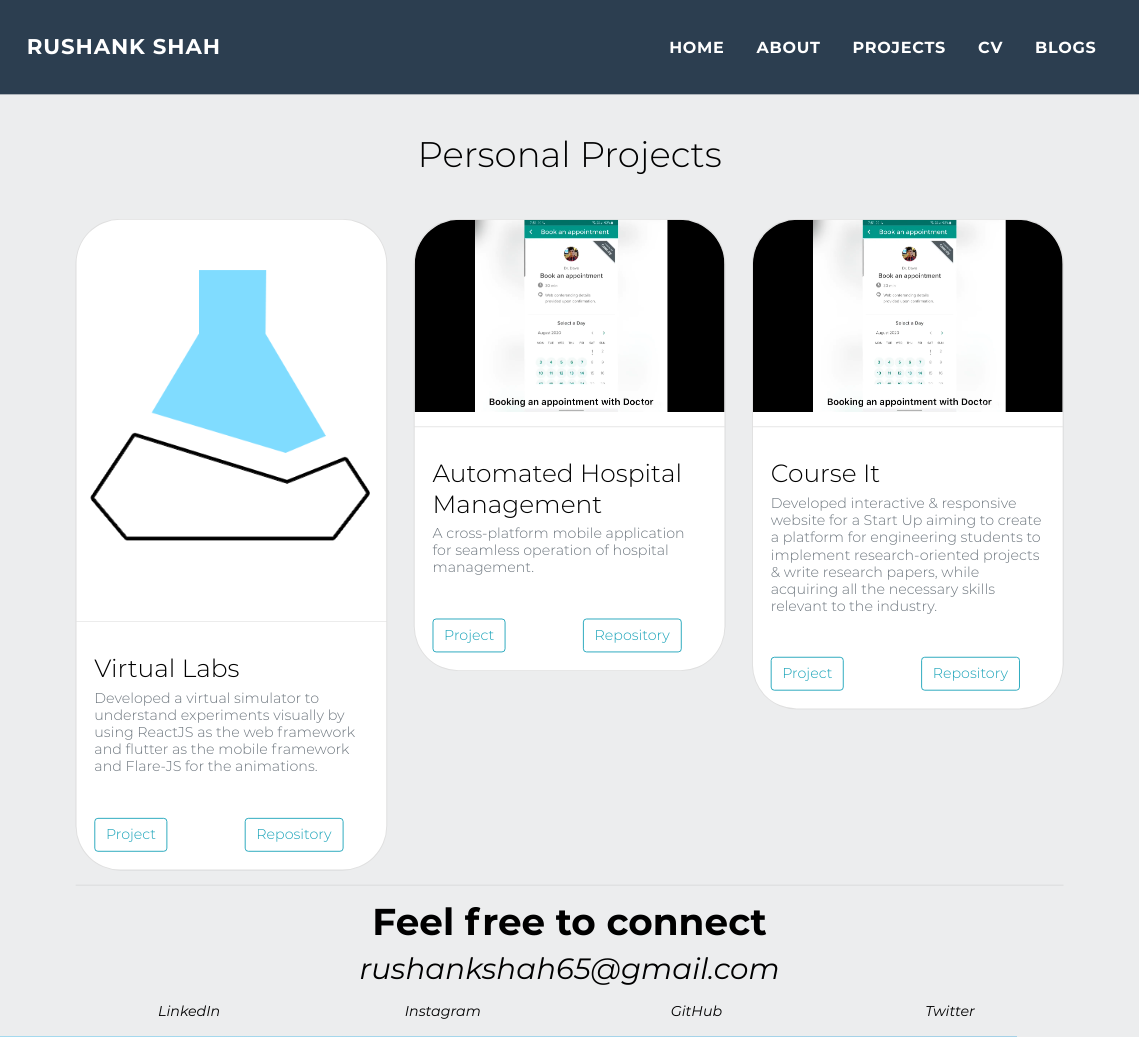
Repository: rushankshah/rushank-shah
Page: /projects
The author's editor kept a copy of each file at every save. The page is drawn from the files as they stood at one save, then again after the next save.
The browser window is 1280 px wide. The pictures show the whole page, at 89% of full size.
The project was rebuilt for these pictures with package versions that can differ from the ones it lists, and the page was loaded fresh each time. The framework's server and built-in components were replaced by stand-ins that run in the browser. Also part of the build but not shown: next.config.js.

Above is the page before, as saved 2020-12-03 01:16:58.

After the next save:
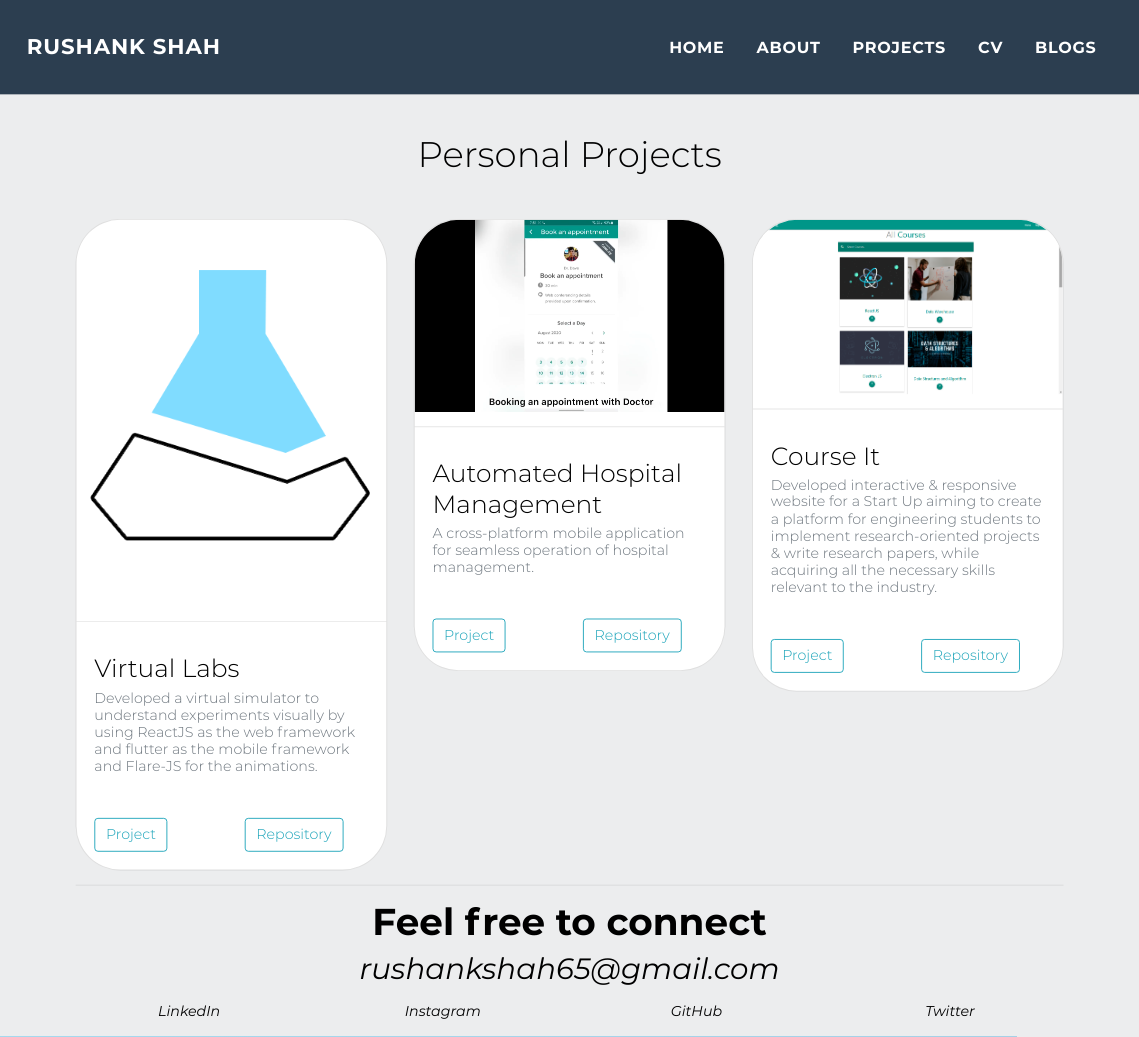
Saved 36 s later.
--- a/pages/projects.js
+++ b/pages/projects.js
@@ -51,7 +51,7 @@
                     </Col>
                     <Col md='4'>
                         <Card className='intro custom-card'>
-                            <CardImg top src="/static/images/healthcare.png" style={{borderRadius: '50px 50px 0px 0px'}} alt="Card image cap"></CardImg>
+                            <CardImg top src="/static/images/courseit.png" style={{borderRadius: '50px 50px 0px 0px'}} alt="Card image cap"></CardImg>
                             <hr></hr>
                             <CardBody>
                                 <CardTitle tag='h3'>
